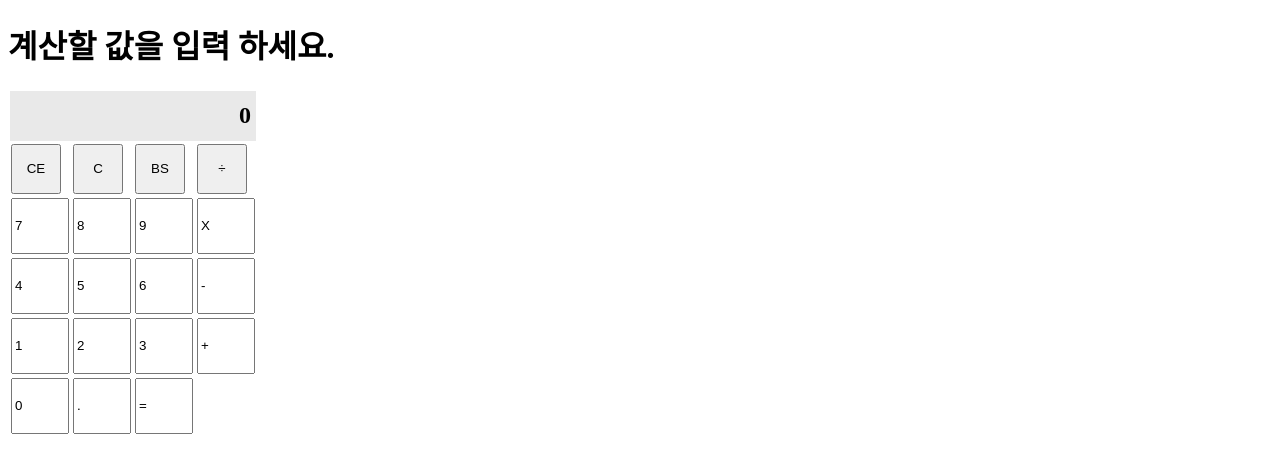
Repository: Realhyeonwoo/study-jsp
Page: JSPPrj/WebContent/calc3.html
An editor plug-in stored every save of this project. The page is shown before and after the next save, followed by the edit.
The browser window is 1280 px wide. The pictures show the whole page.

Above is the page before, as saved 2020-04-16 06:34:25.

### JSPPrj/WebContent/calc3.html
<!DOCTYPE html>
<html>
<head>
<meta charset="UTF-8">
<title>Insert title here</title>
<style>
	input {
	width: 50px;
	height: 50px;
	}
	.output {
		height: 50px;
		background: #e9e9e9;
		font-size: 24px;
		font-weight: bold;
		text-align: right;
		padding: 0px 5px;
	}

</style>
</head>
<body>
	<h1>계산할 값을 입력 하세요.</h1>
	<form action="calc3" method="post">
		<table>
			<tr>
				<td class="output" colspan="4">0</td>
			</tr>
			<tr>
				<td><input type="submit" name="operator" value="CE"/></td>
				<td><input type="submit" name="operator" value="C"/></td>
				<td><input type="submit" name="operator" value="BS"/></td>
				<td><input type="submit" name="operator" value="÷"/></td>
			</tr>
			<tr>
				<td><input type="" name="" value="7"/></td>
				<td><input type="" name="" value="8"/></td>
				<td><input type="" name="" value="9"/></td>
				<td><input type="" name="" value="X"/></td>
			</tr>
			<tr>
				<td><input type="" name="" value="4"/></td>
				<td><input type="" name="" value="5"/></td>
				<td><input type="" name="" value="6"/></td>
				<td><input type="" name="" value="-"/></td>
			</tr>
			<tr>
				<td><input type="" name="" value="1"/></td>
				<td><input type="" name="" value="2"/></td>
				<td><input type="" name="" value="3"/></td>
				<td><input type="" name="" value="+"/></td>
			</tr>
			<tr>
				<td><input type="" name="" value="0"/></td>
				<td><input type="" name="" value="."/></td>
				<td><input type="" name="" value="="/></td>
			</tr>
		</table>
	</form>
</body>
</html>

After the next save:
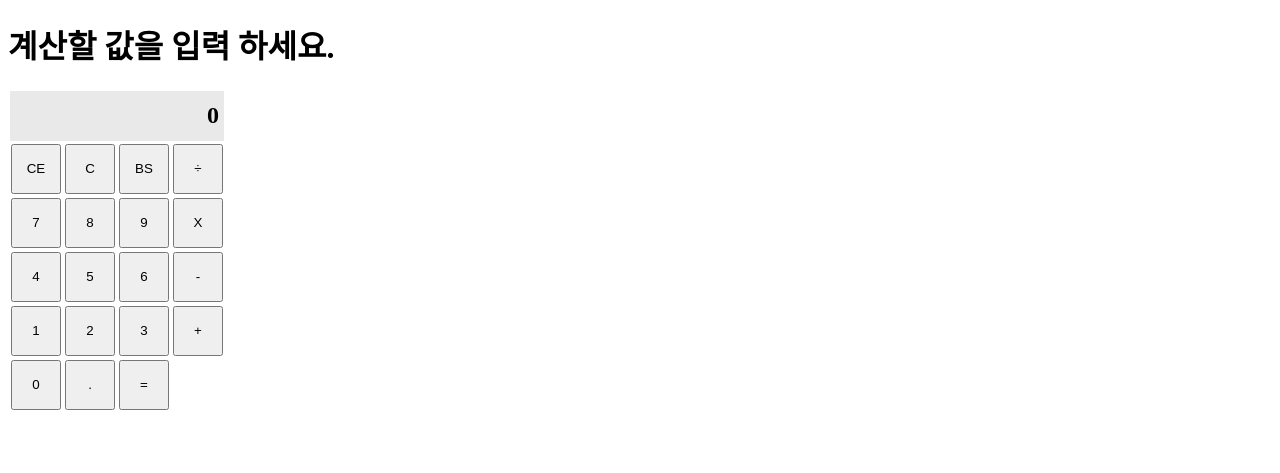
Saved 114 s later.
--- a/JSPPrj/WebContent/calc3.html
+++ b/JSPPrj/WebContent/calc3.html
@@ -33,27 +33,27 @@
 				<td><input type="submit" name="operator" value="÷"/></td>
 			</tr>
 			<tr>
-				<td><input type="" name="" value="7"/></td>
-				<td><input type="" name="" value="8"/></td>
-				<td><input type="" name="" value="9"/></td>
-				<td><input type="" name="" value="X"/></td>
+				<td><input type="submit" name="value" value="7"/></td>
+				<td><input type="submit" name="value" value="8"/></td>
+				<td><input type="submit" name="value" value="9"/></td>
+				<td><input type="submit" name="value" value="X"/></td>
 			</tr>
 			<tr>
-				<td><input type="" name="" value="4"/></td>
-				<td><input type="" name="" value="5"/></td>
-				<td><input type="" name="" value="6"/></td>
-				<td><input type="" name="" value="-"/></td>
+				<td><input type="submit" name="value" value="4"/></td>
+				<td><input type="submit" name="value" value="5"/></td>
+				<td><input type="submit" name="value" value="6"/></td>
+				<td><input type="submit" name="operator" value="-"/></td>
 			</tr>
 			<tr>
-				<td><input type="" name="" value="1"/></td>
-				<td><input type="" name="" value="2"/></td>
-				<td><input type="" name="" value="3"/></td>
-				<td><input type="" name="" value="+"/></td>
+				<td><input type="submit" name="value" value="1"/></td>
+				<td><input type="submit" name="value" value="2"/></td>
+				<td><input type="submit" name="value" value="3"/></td>
+				<td><input type="submit" name="operator" value="+"/></td>
 			</tr>
 			<tr>
-				<td><input type="" name="" value="0"/></td>
-				<td><input type="" name="" value="."/></td>
-				<td><input type="" name="" value="="/></td>
+				<td><input type="submit" name="value" value="0"/></td>
+				<td><input type="submit" name="operator" value="."/></td>
+				<td><input type="submit" name="operator" value="="/></td>
 			</tr>
 		</table>
 	</form>
